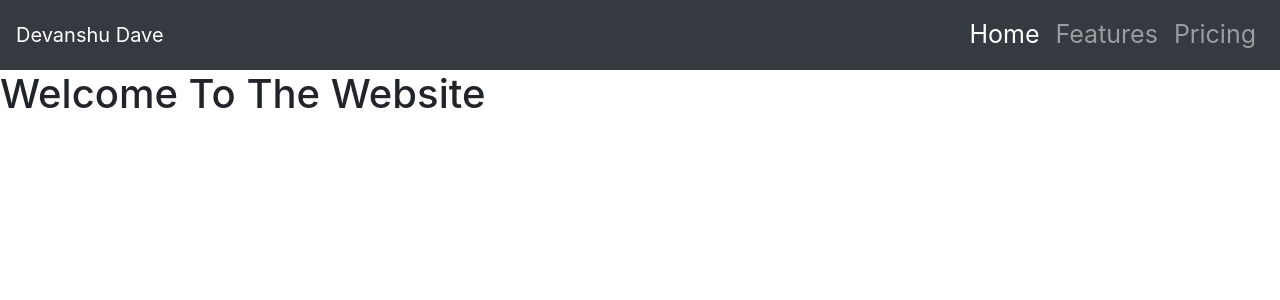
Repository: devanshudave1901/Mobile-Dev-Website
Page: index.html
The author's editor kept a copy of each file at every save. The page is drawn from the files as they stood at one save, then again after the next save.
The browser window is 1280 px wide. The pictures show the whole page.
Some web libraries are served in a nearby version.

Above is the page before, as saved 2022-10-04 23:39:20.

### index.html
<!DOCTYPE html>
<html lang="en">
  <head>
    <meta charset="UTF-8" />
    <meta http-equiv="X-UA-Compatible" content="IE=edge" />
    <meta name="viewport" content="width=device-width, initial-scale=1.0" />
    <link
      rel="stylesheet"
      href="https://cdn.jsdelivr.net/npm/bootstrap@4.0.0/dist/css/bootstrap.min.css"
      integrity="sha384-Gn5384xqQ1aoWXA+058RXPxPg6fy4IWvTNh0E263XmFcJlSAwiGgFAW/dAiS6JXm"
      crossorigin="anonymous"
    />
    <style>
      .navbar-nav {
        margin-left: auto;
        font-size: 25px;
      }
    </style>
    <title>Mobile Development - Lab 2</title>
  </head>
  <body>
    <nav class="navbar sticky-top navbar-expand-lg navbar-dark bg-dark">
      <a class="navbar-brand" href="#">Devanshu Dave</a>
      <button
        class="navbar-toggler"
        type="button"
        data-toggle="collapse"
        data-target="#navbarNavDropdown"
        aria-controls="navbarNavDropdown"
        aria-expanded="false"
        aria-label="Toggle navigation"
      >
        <span class="navbar-toggler-icon"></span>
      </button>
      <div class="collapse navbar-collapse" id="navbarNavDropdown">
        <ul class="navbar-nav" mr-auto>
          <li class="nav-item active">
            <a class="nav-link" href="#"
              >Home <span class="sr-only">(current)</span></a
            >
          </li>
          <li class="nav-item">
            <a class="nav-link" href="#">Features</a>
          </li>
          <li class="nav-item">
            <a class="nav-link" href="#">Pricing</a>
          </li>
        </ul>
      </div>
    </nav>

    <h1>Welcome To The Website</h1>
    <script
      src="https://code.jquery.com/jquery-3.2.1.slim.min.js"
      integrity="sha384-KJ3o2DKtIkvYIK3UENzmM7KCkRr/rE9/Qpg6aAZGJwFDMVNA/GpGFF93hXpG5KkN"
      crossorigin="anonymous"
    ></script>
    <script
      src="https://cdn.jsdelivr.net/npm/popper.js@1.12.9/dist/umd/popper.min.js"
      integrity="sha384-ApNbgh9B+Y1QKtv3Rn7W3mgPxhU9K/ScQsAP7hUibX39j7fakFPskvXusvfa0b4Q"
      crossorigin="anonymous"
    ></script>
    <script
      src="https://cdn.jsdelivr.net/npm/bootstrap@4.0.0/dist/js/bootstrap.min.js"
      integrity="sha384-JZR6Spejh4U02d8jOt6vLEHfe/JQGiRRSQQxSfFWpi1MquVdAyjUar5+76PVCmYl"
      crossorigin="anonymous"
    ></script>
  </body>
</html>

After the next save:
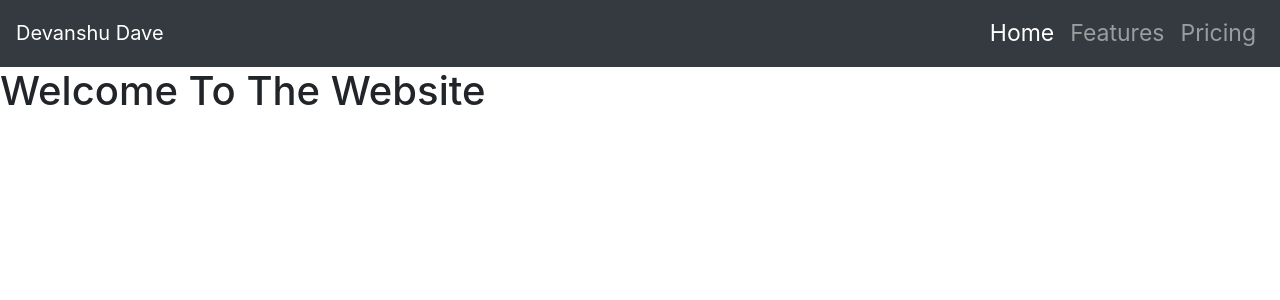
Saved 14 s later.
--- a/index.html
+++ b/index.html
@@ -13,7 +13,7 @@
     <style>
       .navbar-nav {
         margin-left: auto;
-        font-size: 25px;
+        font-size: 23px;
       }
     </style>
     <title>Mobile Development - Lab 2</title>
